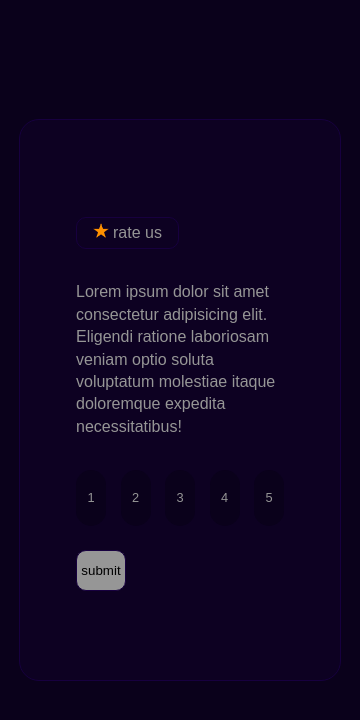
Repository: russel-success/xcodepp-TASK-2
Page: index.html
These files come from the project's save history. The page is drawn as it stood at one moment and after the next save; the edit follows.
The browser window is 360 px wide. The pictures show the whole page.

Above is the page before, as saved 2024-05-25 10:13:49.

### index.html
<!DOCTYPE html>
<html lang="en">
<head>
    <meta charset="UTF-8">
    <meta name="viewport" content="width=device-width, initial-scale=1.0">
    <link rel="stylesheet" href="styles/styles.css">
    <title>Ratings</title>
</head>
<body>
    <div class="container">
        <div class="card-container">
            <div class="rate-us">
                <span><img src="assets/star.png" alt=""></span><span><p>rate us</p></span>
            </div>
            <div class="body-text-container"><p class="body-text">Lorem ipsum dolor sit amet consectetur adipisicing elit. Eligendi ratione laboriosam veniam optio soluta voluptatum molestiae itaque doloremque expedita necessitatibus!</p>
            </div>
            <div class="ratings-container">
                <div class="rating">1</div>
                <div class="rating">2</div>
                <div class="rating">3</div>
                <div class="rating">4</div>
                <div class="rating">5</div>
            </div>
            <div class="button-container"><button class="submit">submit</button></div>
        </div>
    </div>
    <script src="script.js"></script>
</body>
</html>

### styles/styles.css
/* :root{
    --prim-purple:rgb(8, 1, 30)
} */
*{
    padding:0;
    margin:0;
}
.container{
    background:rgb(10, 1, 27);
    width:100vw;
    height:100vh;
    display:flex;
    justify-content: center;
    align-items: center;
}
.card-container{
    width:30%;
    min-width:240px;
    height:60%;
    min-height:250px;
    box-sizing:content-box;
    padding:40px;
    margin:24px;
    border-radius: 20px;
    border:1px solid rgb(23, 0, 63);
    background:rgb(13, 1, 34);
    color:rgb(150, 150, 150);
    font-family:Arial, Helvetica, sans-serif;
    line-height: 1.4rem;
    font-weight:100;
    display:flex;
    /* align-items:center; */
    justify-content: center;
    flex-direction:column;
}
.rate-us{
    display: flex;
    justify-content:left;
    align-items: center;
    gap:4px;
    margin:16px;
    padding:4px 16px;
    border:1px solid rgb(23, 0, 63);
    border-radius:10px;
    width:fit-content;
    height:fit-content;
}
.rate-us img{
    width:16px;
}
.body-text-container{
    width:fit-content;
    height:fit-content;
    padding:16px;
}
.body-text{
    color:inherit;
}
.ratings-container{
    display:flex;
    justify-content:space-between;
    align-items: center;
    width:auto;
    height:56px;
    /* border:1px solid white; */
    margin:16px;
}
.rating{
    /* border:1px solid white; */
    width:56px;
    height:56px;
    min-width:30px;
    min-height:56px;
    text-align:center;
    align-content:center;
    border-radius:28px;
    background:rgb(10, 1, 27);
    color:rgb(150, 150, 150);
    transition:background 0.2s ease;
    cursor:pointer;
}
/* .rating:hover{
    background:rgb(150, 150, 150);
    color:rgb(13, 1, 34);
} */

.chosen-rating{
    background:rgb(255, 145, 0);
    color:rgb(13, 1, 34);
}
.button-container{
    display:flex;
    justify-content:center;
    align-items: center;
    width:auto;
    padding:8px 16px;
}
.submit{
    width:100%;
    height:fit-content;
    padding:12px 0;
    border-radius:10px;
    border:1px solid rgb(23, 0, 63);
    background:rgb(150, 150, 150);
    transition:background 0.2s ease;
    cursor:pointer;
}
@media screen and (max-width:360px){
   text{
    font-size:0.9rem;
   }
   .button-container{
    width:50px;
   }
   .card-container{
    width:100px;
   }
   .rating{
    width:30px;
    height:30px;
    border-radius:15px;
    font-size:0.8rem;
   }
}

### script.js
var ratings=document.querySelectorAll(".rating");
const submit_btn=document.querySelector(".submit");
console.log(ratings[1].textContent);
ratings.forEach(element=>{
    element.addEventListener("click",()=>{
        ratings.forEach(element=>{
            element.classList.remove('chosen-rating');
        })
        element.classList.add('chosen-rating');
       for(var i=0; i<element.textContent; i++){
        ratings[i].classList.add('chosen-rating');
       }
       submit_btn.style.background="rgb(255, 145, 0)";
    });

});

After the next save:
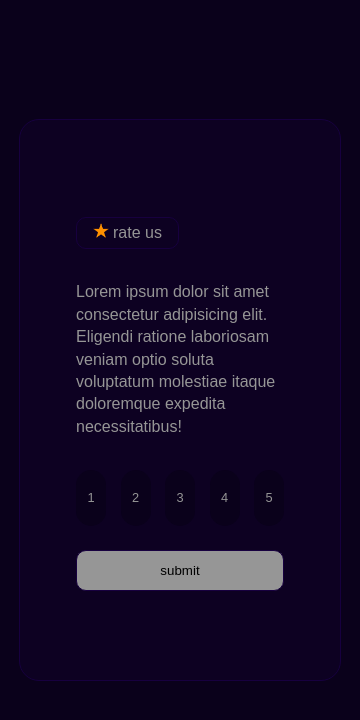
Saved 22 s later.
--- a/styles/styles.css
+++ b/styles/styles.css
@@ -109,9 +109,6 @@
    text{
     font-size:0.9rem;
    }
-   .button-container{
-    width:50px;
-   }
    .card-container{
     width:100px;
    }
